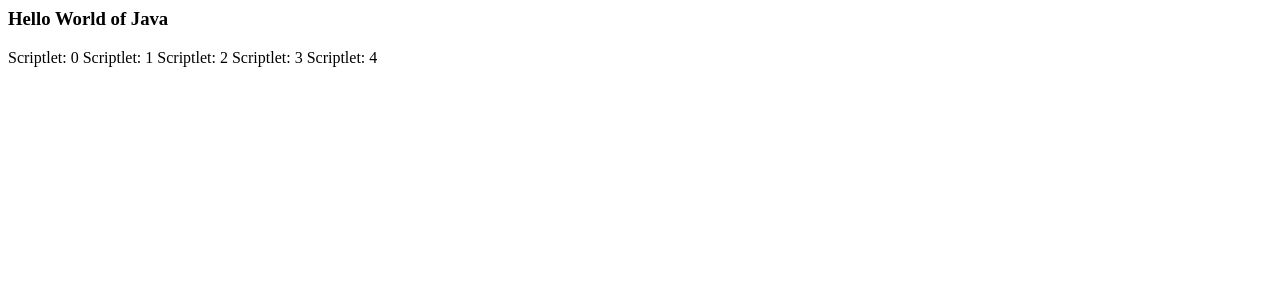
Repository: souptikmaiti/j2ee-practice
Page: http://localhost/jspdemo/scriplet-test.jsp
The author's editor kept a copy of each file at every save. The page is drawn from the files as they stood at one save, then again after the next save.
The browser window is 1280 px wide. The pictures show the whole page.
The page is served by Tomcat 9. Other server files are loaded and not shown.

Above is the page before, as saved 2021-01-08 16:50:56.

### jspdemo/WebContent/scriplet-test.jsp
<html>
<body>

<h3>Hello World of Java</h3>

<%
	for(int i=0; i<5; i++) {
		out.println("Scriptlet: " + i);
	}
%>

</body>
</html>

After the next save:
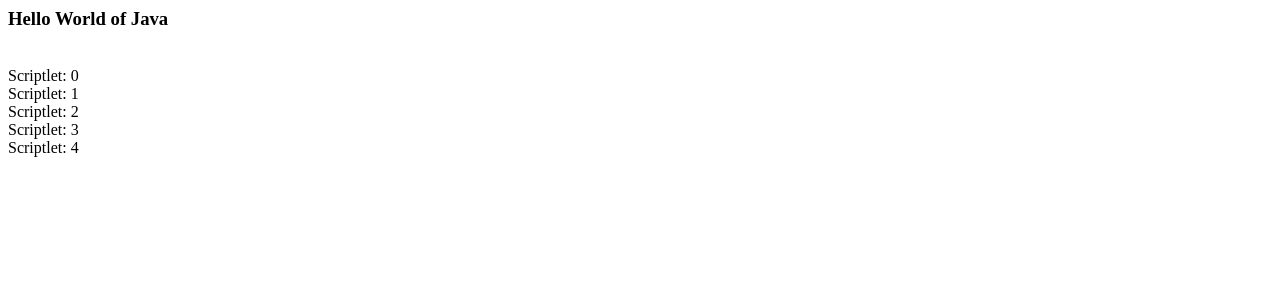
Saved 18 s later.
--- a/jspdemo/WebContent/scriplet-test.jsp
+++ b/jspdemo/WebContent/scriplet-test.jsp
@@ -5,7 +5,7 @@
 
 <%
 	for(int i=0; i<5; i++) {
-		out.println("Scriptlet: " + i);
+		out.println("<br/>Scriptlet: " + i);
 	}
 %>
 
